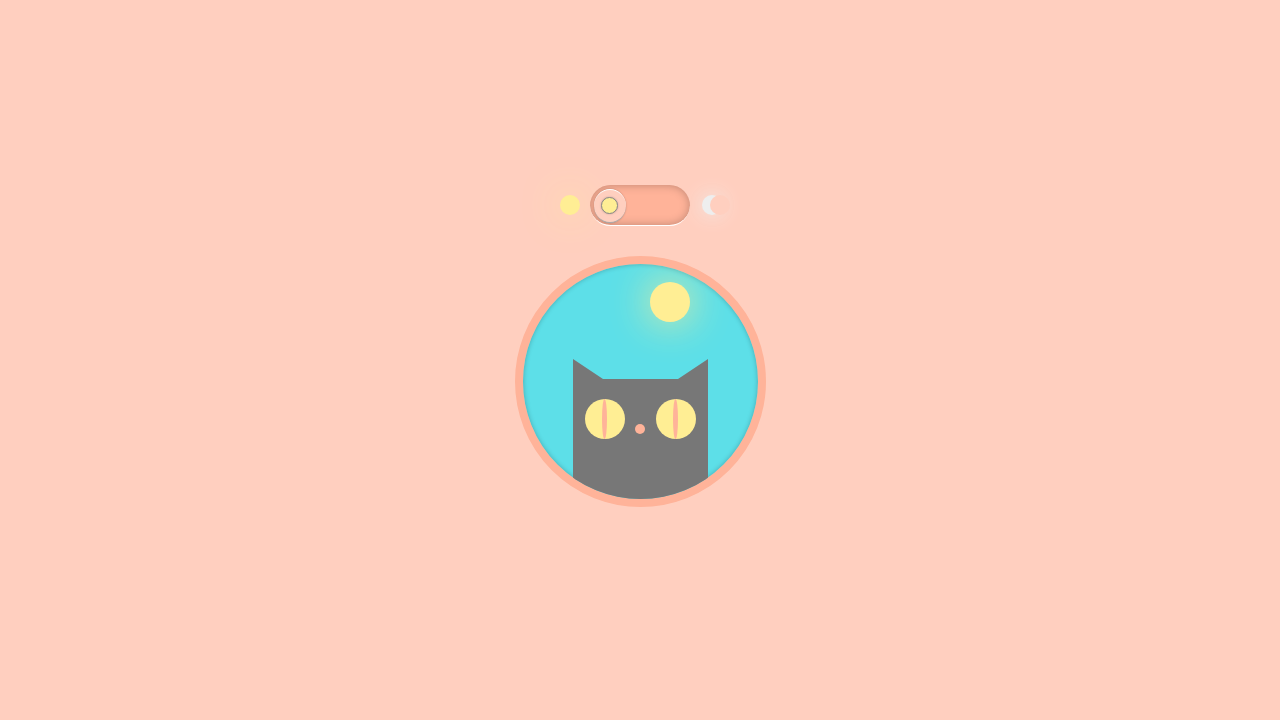
Repository: KHANas02/cat_1
Page: index.html
The author's editor kept a copy of each file at every save. The page is drawn from the files as they stood at one save, then again after the next save.
The browser window is 1280 px wide. The pictures show the whole page.

Above is the page before, as saved 2024-03-31 06:33:04.

After the next save:
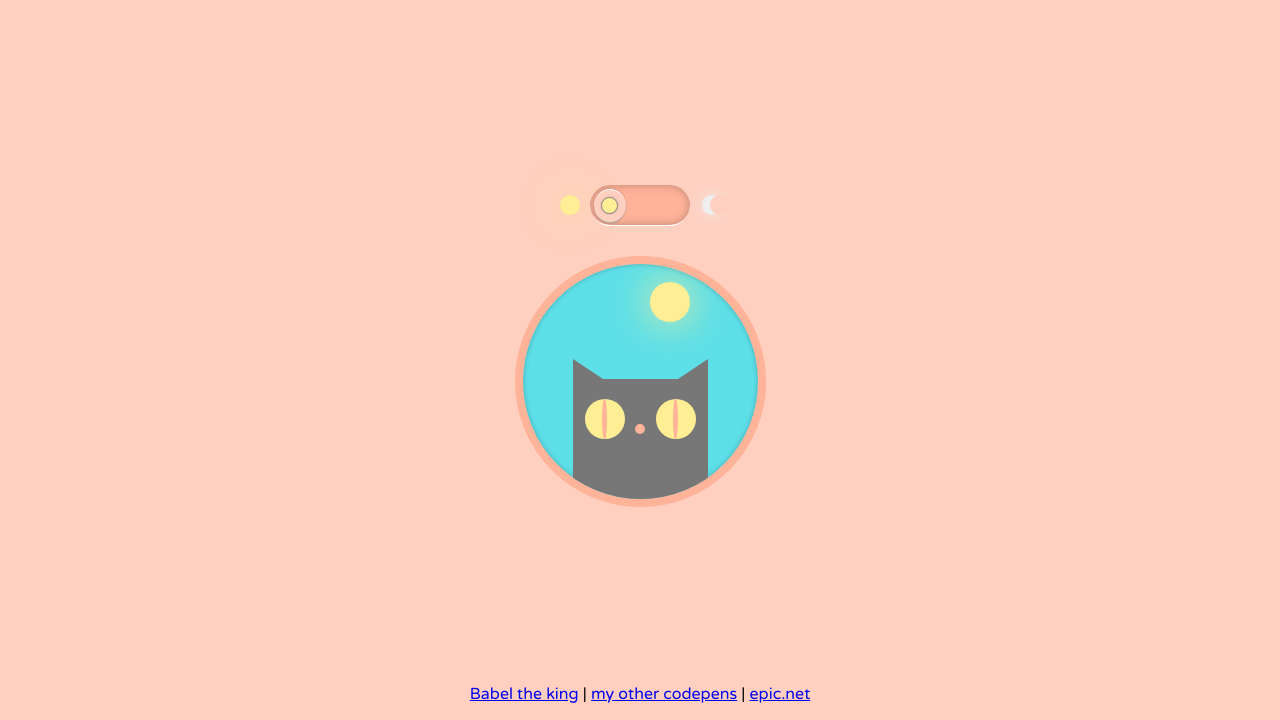
Saved 59 s later.
--- a/index.html
+++ b/index.html
@@ -85,7 +85,11 @@
 
 
 <!--  -->
+	<div id="world"/>
 
+<div id="credits">
+  <p><a href="http://babeltheking.com" target="blank">Babel the king</a> | <a href="https://codepen.io/Yakudoo/"  target="blank">my other codepens</a>  | <a href="https://www.epic.net" target="blank">epic.net</a></p>
+</div>
 
 
   </body>
